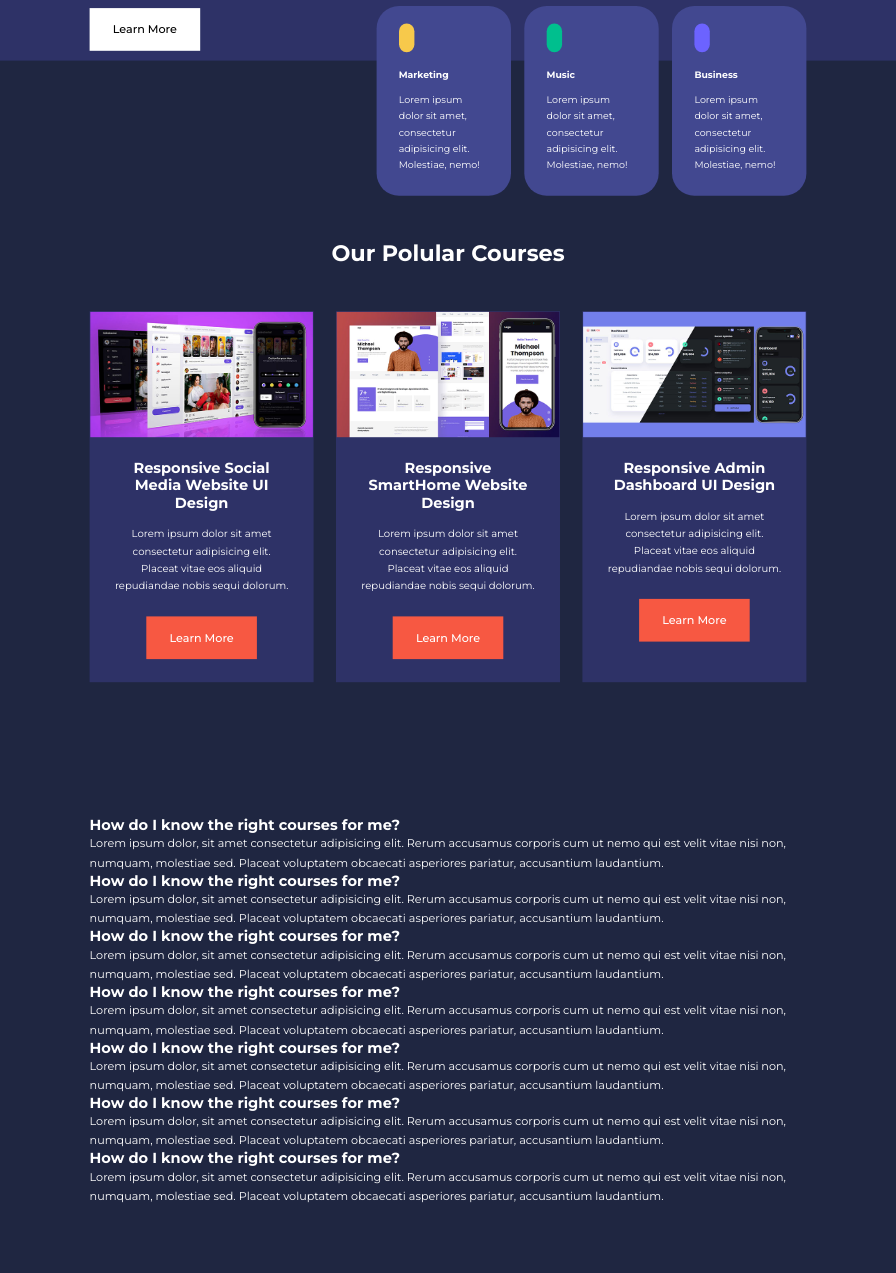
Repository: QUANGTHAI2003/education-web
Page: index.html
An editor plug-in stored every save of this project. The page is shown before and after the next save, followed by the edit.
The browser window is 1280 px wide. The pictures show the part of the page from y = 962 to 2882 px (the page is 2780 px tall before and 2882 px after), at 70% of full size.
Some icons come from a web library that is not loaded, so they are not drawn.

Above is the page before, as saved 2022-03-11 14:52:50.

After the next save:
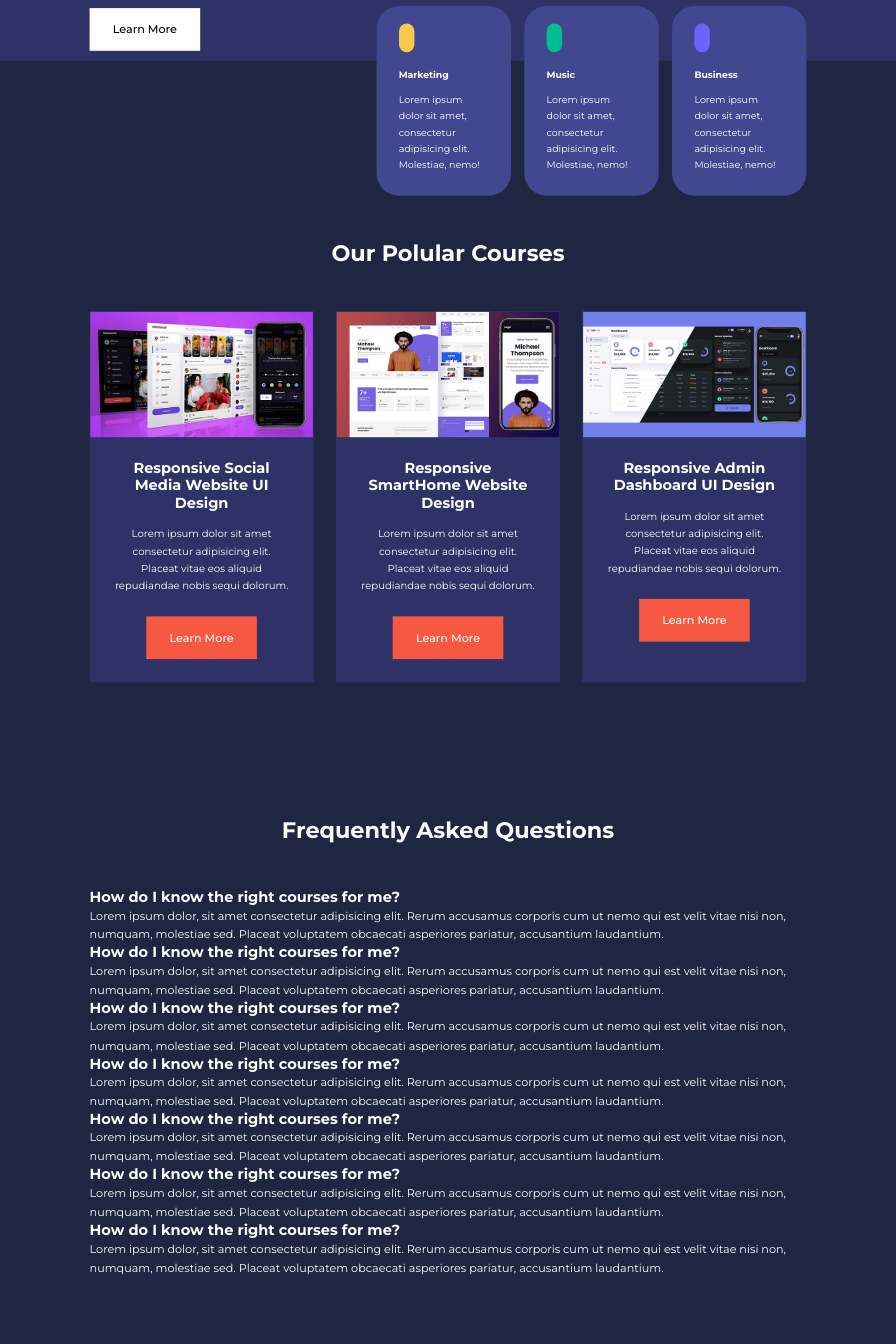
Saved 84 s later.
--- a/index.html
+++ b/index.html
@@ -184,6 +184,7 @@
         </section>
         <!-- END OF COURSES -->
         <section class="faqs">
+            <h2>Frequently Asked Questions</h2>
             <div class="container faqs-container">
                 <article class="faq">
                     <div class="faq__icon"><i class="uil uil-plus"></i></div>
